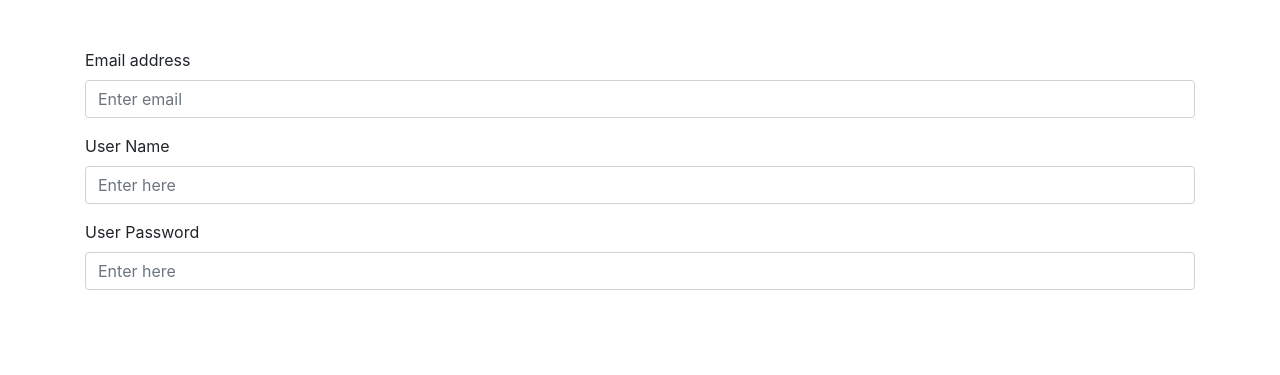
Repository: Sambit-23/Development
Page: http://localhost/springmvc/contact
The author's editor kept a copy of each file at every save. The page is drawn from the files as they stood at one save, then again after the next save.
The browser window is 1280 px wide. The pictures show the whole page.
Some web libraries are served in a nearby version. The page is served by Tomcat 9.

Above is the page before, as saved 2023-06-06 05:17:07.

After the next save:
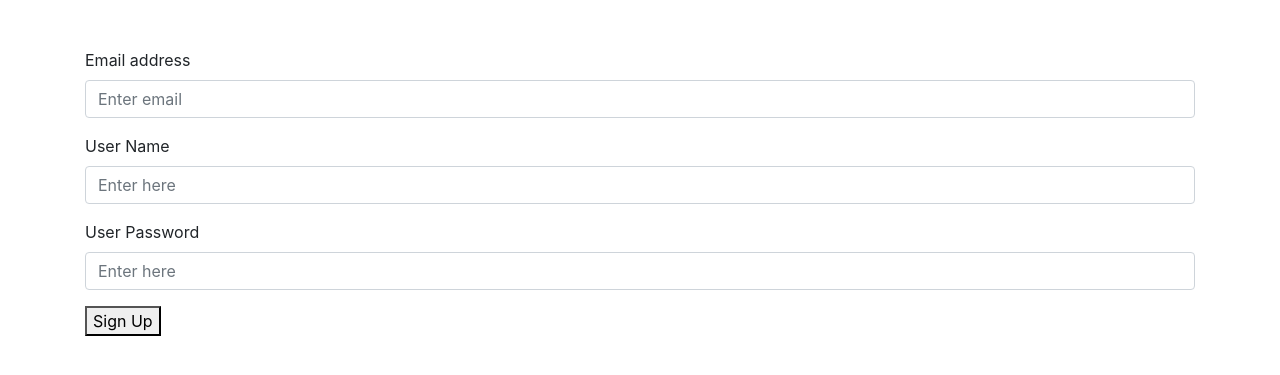
Saved 46 min 2 s later.
--- a/springmvc/src/main/webapp/WEB-INF/views/contact.jsp
+++ b/springmvc/src/main/webapp/WEB-INF/views/contact.jsp
@@ -39,6 +39,8 @@
 				aria-describedby="emailHelp" placeholder="Enter here">
 		</div>
 
+		<button type="submit">Sign Up</button>
+
 	</form>
 	</div>
 
